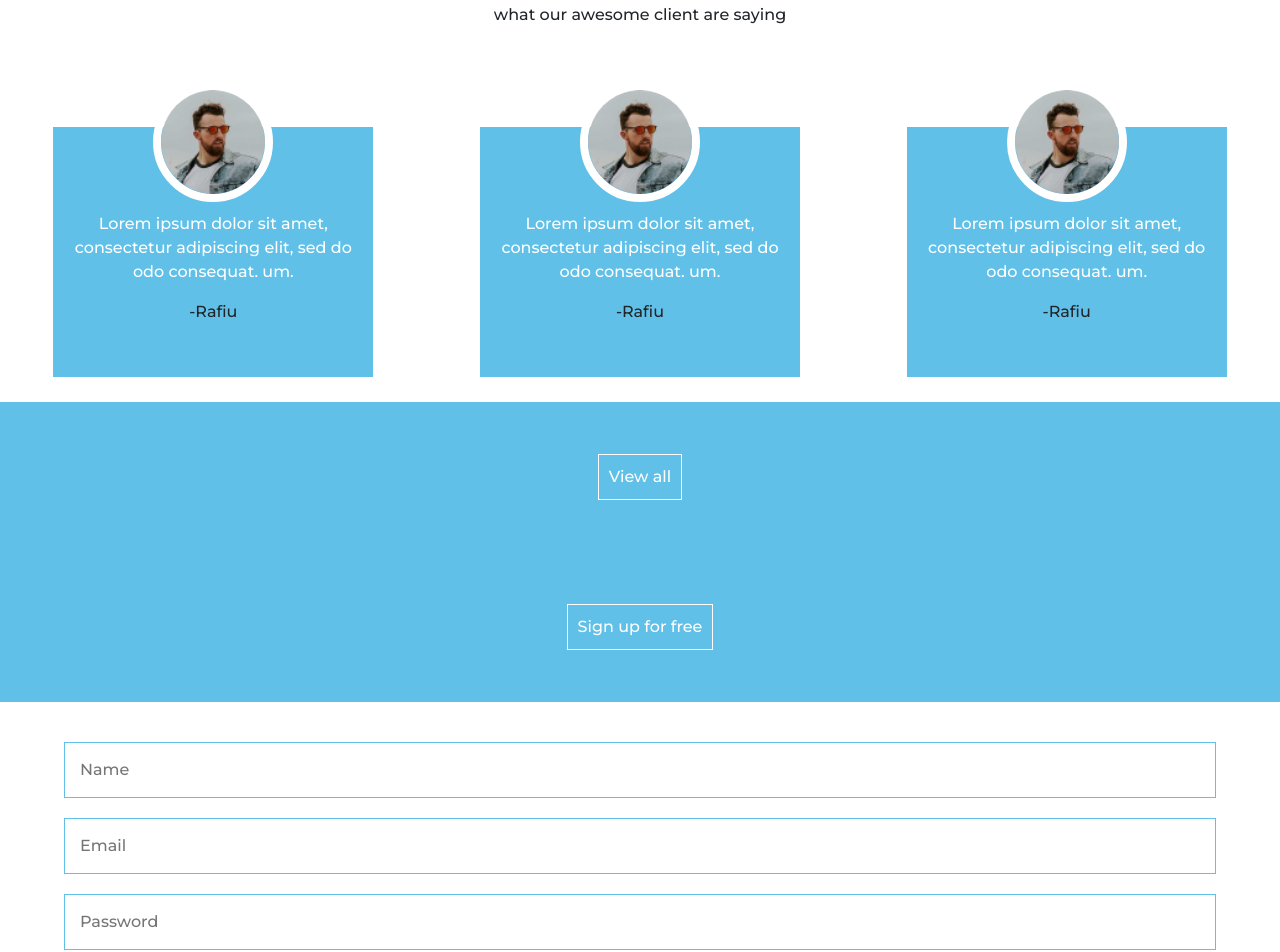
Repository: TiaraOluwanimi/team5
Page: tutor.html
These files come from the project's save history. The page is drawn as it stood at one moment and after the next save; the edit follows.
The browser window is 1280 px wide. The pictures show the part of the page from y = 1936 to 2888 px (the page is 3256 px tall).
A picture or video elsewhere on the page could not be fetched, so the positions and the page height are approximate. Some web libraries are served in a nearby version.

Above is the page before, as saved 2020-08-08 12:04:13.

After the next save:
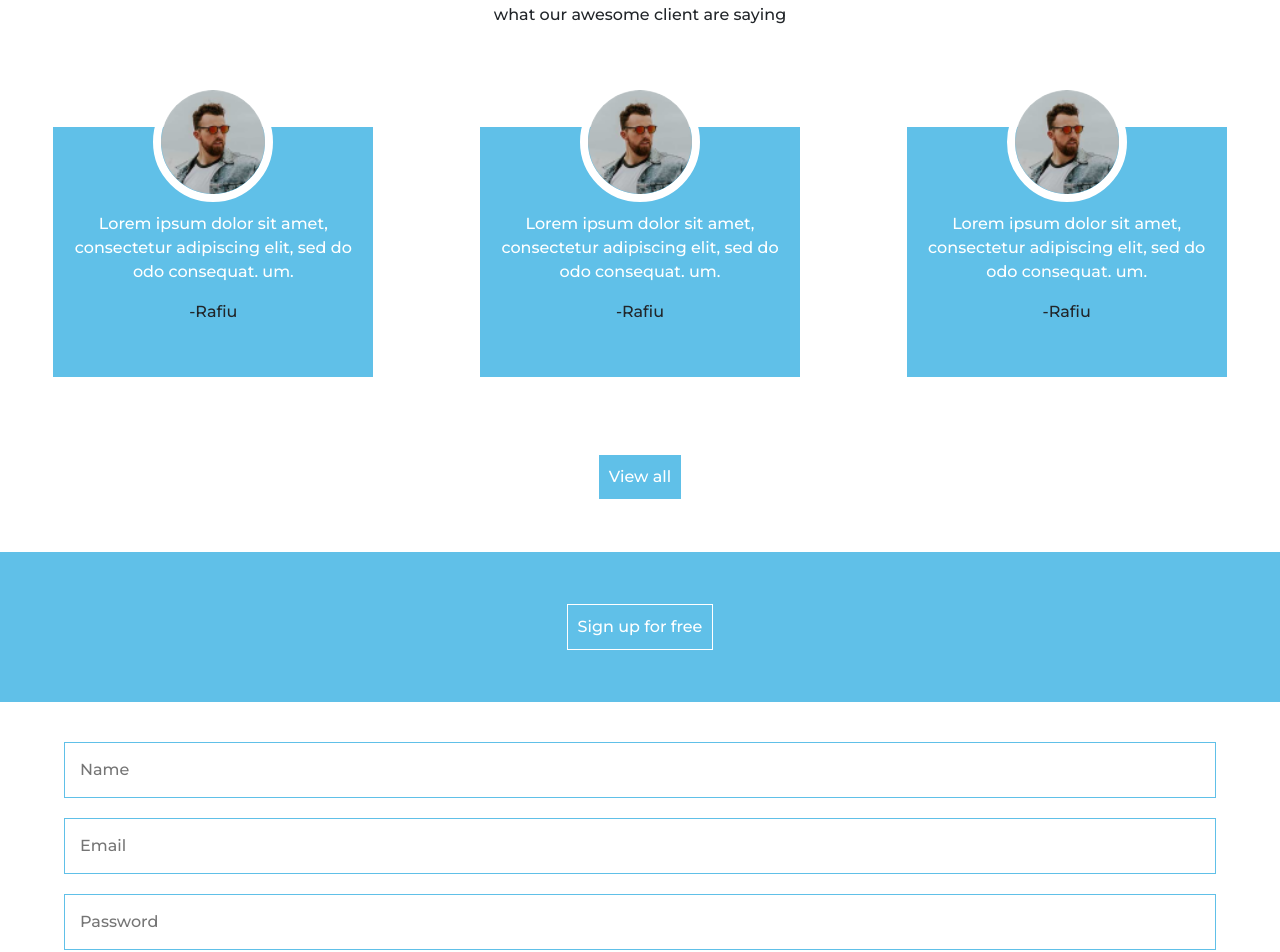
Saved 17 s later.
--- a/assets/css/testimonial.css
+++ b/assets/css/testimonial.css
@@ -58,7 +58,7 @@
   ;
 }
 #view-all-button{
-    background: #60C0E8;
+
     width:100%;
     height:150px;
     display: flex;
